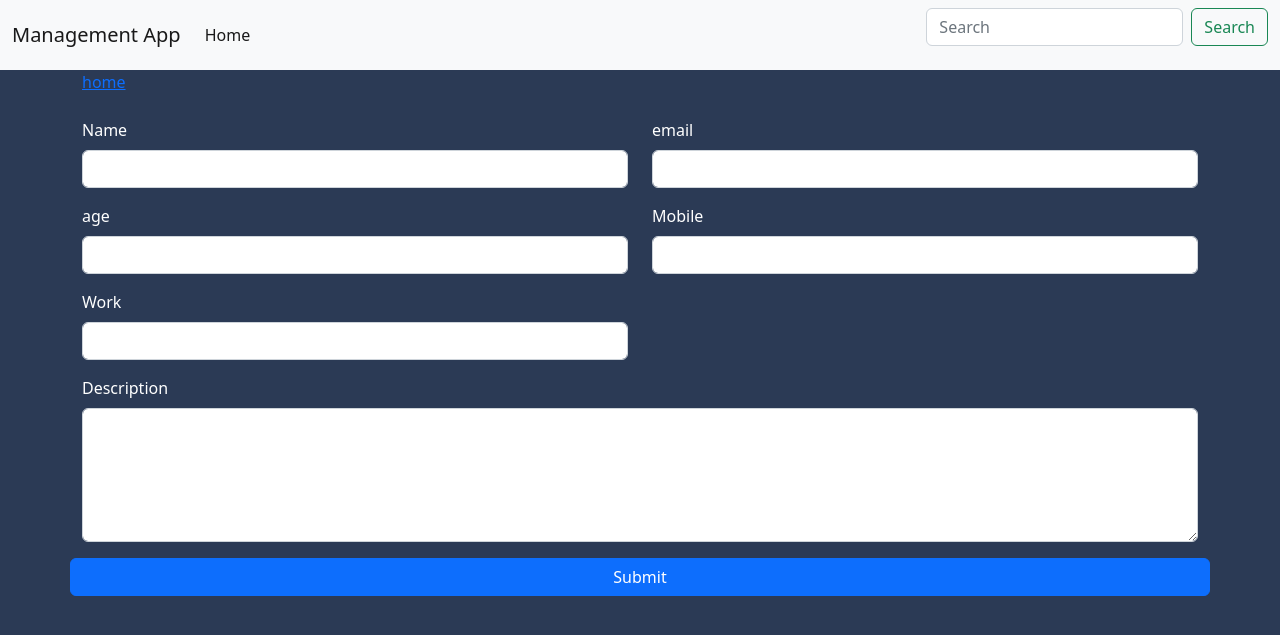
Repository: iamevs/Employee-Management-System
Page: /register (app in client/)
An editor plug-in stored every save of this project. The page is shown before and after the next save, followed by the edit.
The browser window is 1280 px wide. The pictures show the whole page.
The project was rebuilt for these pictures with package versions that can differ from the ones it lists, and the page was loaded fresh each time. Also part of the build but not shown: client/vite.config.js, client/src/components/Home.jsx, client/src/components/Edit.jsx, client/src/components/Hero.jsx. Imported but missing from the stored project, and not drawn on this page: client/src/components/Details.

Above is the page before, as saved 2022-11-28 23:09:17.

### client/index.html
<html lang="en">
  <head>
    <meta charset="UTF-8" />
    <link rel="icon" type="image/svg+xml" href="/vite.svg" />
    <meta name="viewport" content="width=device-width, initial-scale=1.0" />
    <title>employee-management</title>
  </head>
  <body>
    <div id="root"></div>
    <script type="module" src="/src/main.jsx"></script>
  </body>
</html>

### client/src/main.jsx
import React, { StrictMode } from 'react';
import ReactDOM from 'react-dom';
import { createRoot } from "react-dom/client";
import './index.css';
import App from './App';
import { BrowserRouter } from "react-router-dom"
import ContextProvider from "./components/context/ContextProvider";
// root.render(
//   <StrictMode>
//   <ContextProvider>
//     <BrowserRouter>
//       <App />
//     </BrowserRouter>
//   </ContextProvider>
//   </StrictMode>
//   ,
//   document.getElementById('root')
// );


createRoot(document.getElementById('root')).render(
  <ContextProvider>
    <BrowserRouter>
      <App />
    </BrowserRouter>
  </ContextProvider>
)

### client/src/index.css
body {
  margin: 0;
  font-family: -apple-system, BlinkMacSystemFont, 'Segoe UI', 'Roboto', 'Oxygen',
    'Ubuntu', 'Cantarell', 'Fira Sans', 'Droid Sans', 'Helvetica Neue',
    sans-serif;
  -webkit-font-smoothing: antialiased;
  -moz-osx-font-smoothing: grayscale;
  background-color: #2B3A55 !important;
  color: #fff !important;
}

code {
  font-family: source-code-pro, Menlo, Monaco, Consolas, 'Courier New',
    monospace;
}

.btns{
  display: flex;
  justify-content: space-between;
}

### client/src/App.jsx
import './App.css';
import "../node_modules/bootstrap/dist/css/bootstrap.min.css"
import "../node_modules/bootstrap/dist/js/bootstrap.bundle.min.js"
import Navbar from './components/Navbar';
import Home from './components/Home';
import Register from './components/Register';
import Edit from './components/Edit';
import Details from './components/Details';
import Hero from "./components/Hero.jsx";
import {Routes,Route} from "react-router-dom"




function App() {
  return (
   <>
    <Navbar />
    <Routes>
      <Route path="/" element={<Hero/>} />
      <Route  path="/home" element={<Home/>} />
      <Route exact path="/register" element={<Register/>} />
      <Route exact path="/edit/:id" element={<Edit/>} />
      <Route exact path="/view/:id" element={<Details/>} />
    </Routes>

   </>
  );
}

export default App;

### client/src/components/context/ContextProvider.jsx
import React, { createContext, useState } from 'react'


export const adddata = createContext("");
export const updatedata = createContext("");
export const deldata = createContext("");

const ContextProvider = ({ children }) => {

    const [udata, setUdata] = useState("");
    const [updata, setUPdata] = useState("");
    const [dltdata, setDLTdata] = useState("");


    return (
        <adddata.Provider value={{ udata, setUdata }}>
            <updatedata.Provider value={{ updata, setUPdata }}>
                <deldata.Provider value={{dltdata, setDLTdata}}>
                    {children}
                </deldata.Provider>

            </updatedata.Provider>

        </adddata.Provider>
    )
}

export default ContextProvider;

### client/src/App.css
.add_btn{
  text-align: right;
}

.container{
  overflow: auto;
}

.left_view h3{
  font-size: 21px;
}

.left_view p{
  font-weight: 600;
}

.left_view span{
  font-weight: 400;
}

.right_view p{
  font-weight: 600;
}


.right_view span{
  font-weight: 400;
}

### client/src/components/Navbar.jsx
import React from 'react'
import { NavLink } from 'react-router-dom'


const Navbar = () => {
    return (
        <header>
            <nav className="navbar navbar-expand-lg navbar-light bg-light">
                <div className="container-fluid">
                    <NavLink className="navbar-brand" to="/">Management App</NavLink>
                    <button className="navbar-toggler" type="button" data-bs-toggle="collapse" data-bs-target="#navbarSupportedContent" aria-controls="navbarSupportedContent" aria-expanded="false" aria-label="Toggle navigation">
                        <span className="navbar-toggler-icon"></span>
                    </button>
                    <div className="collapse navbar-collapse" id="navbarSupportedContent">
                        <ul className="navbar-nav me-auto mb-2 mb-lg-0">
                            <li className="nav-item">
                                <a className="nav-link active" aria-current="page" href="#">Home</a>
                            </li>

                        </ul>
                        <form className="d-flex">
                            <input className="form-control me-2" type="search" placeholder="Search" aria-label="Search" />
                            <button className ="btn btn-outline-success" type ="submit">Search</button>
                        </form>
                    </div>
                </div>
            </nav>
        </header>
    )
}

export default Navbar

### client/src/components/Register.jsx
import React, { useContext, useState } from 'react'
import { NavLink, useNavigate } from 'react-router-dom'
import { adddata } from './context/ContextProvider';

var link = "http://localhost:8001/create";

const Register = () => {

    const { udata, setUdata } = useContext(adddata);

    const history = useNavigate();

    const [inpval, setINP] = useState({
        name: "",
        email: "",
        age: "",
        mobile: "",
        work: "",
        desc: ""
    })

    const setdata = (e) => {
        console.log(e.target.value);
        const { name, value } = e.target;
        setINP((preval) => {
            return {
                ...preval,
                [name]: value
            }
        })
    }


    const addinpdata = async (e) => {
        e.preventDefault();

        const { name, email, work, mobile, desc, age } = inpval;


        if (name == "") {
            alert("name is required")
        } else if (email == "") {
            alert("email is required")
        } else if (!email.includes("@")) {
            alert("enter valid email")
        } else if (work == "") {
            alert("work is required")
        } else if (mobile == "") {
            alert("mobile is required")
        } else if (age == "") {
            alert("age is required")
        } else {

            const res = await fetch(link, {
                method: "POST",
                headers: {
                    "Content-Type": "application/json"
                },
                body: JSON.stringify({
                    name, email, work, mobile, desc, age
                })
            });

            const data = await res.json();
            console.log(data);

            if (res.status === 422 || !data) {
                console.log("error ");
                alert("error");

            } else {
                history("/");
                setUdata(data)
                console.log("data added");

            }
        }

    }

    return (
        <div className="container">
            <NavLink to="/">home</NavLink>
            <form className="mt-4">
                <div className="row">
                    <div class="mb-3 col-lg-6 col-md-6 col-12">
                        <label for="exampleInputEmail1" class="form-label">Name</label>
                        <input type="text" value={inpval.name} onChange={setdata} name="name" class="form-control" id="exampleInputEmail1" aria-describedby="emailHelp" />
                    </div>
                    <div class="mb-3 col-lg-6 col-md-6 col-12">
                        <label for="exampleInputPassword1" class="form-label">email</label>
                        <input type="email" value={inpval.email} onChange={setdata} name="email" class="form-control" id="exampleInputPassword1" />
                    </div>
                    <div class="mb-3 col-lg-6 col-md-6 col-12">
                        <label for="exampleInputPassword1" class="form-label">age</label>
                        <input type="text" value={inpval.age} onChange={setdata} name="age" class="form-control" id="exampleInputPassword1" />
                    </div>
                    <div class="mb-3 col-lg-6 col-md-6 col-12">
                        <label for="exampleInputPassword1" class="form-label">Mobile</label>
                        <input type="number" value={inpval.mobile} onChange={setdata} name="mobile" class="form-control" id="exampleInputPassword1" />
                    </div>
                    <div class="mb-3 col-lg-6 col-md-6 col-12">
                        <label for="exampleInputPassword1" class="form-label">Work</label>
                        <input type="text" value={inpval.work} onChange={setdata} name="work" class="form-control" id="exampleInputPassword1" />
                    </div>
                    <div class="mb-3 col-lg-12 col-md-12 col-12">
                        <label for="exampleInputPassword1" class="form-label">Description</label>
                        <textarea name="desc" value={inpval.desc} onChange={setdata} className="form-control" id="" cols="30" rows="5"></textarea>
                    </div>

                    <button type="submit" onClick={addinpdata} class="btn btn-primary">Submit</button>
                </div>
            </form>
        </div>
    )
}
export default Register;

After the next save:
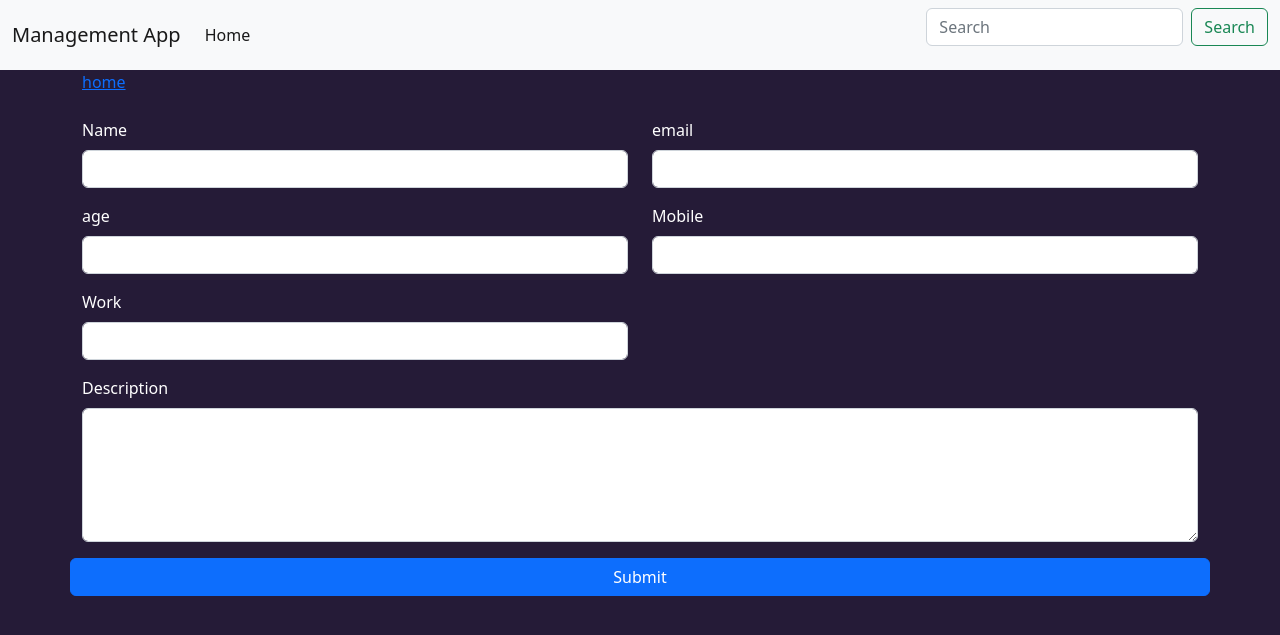
Saved 14 s later.
--- a/client/src/index.css
+++ b/client/src/index.css
@@ -5,7 +5,7 @@ body {
     sans-serif;
   -webkit-font-smoothing: antialiased;
   -moz-osx-font-smoothing: grayscale;
-  background-color: #2B3A55 !important;
+  background-color: #251B37 !important;
   color: #fff !important;
 }
 
